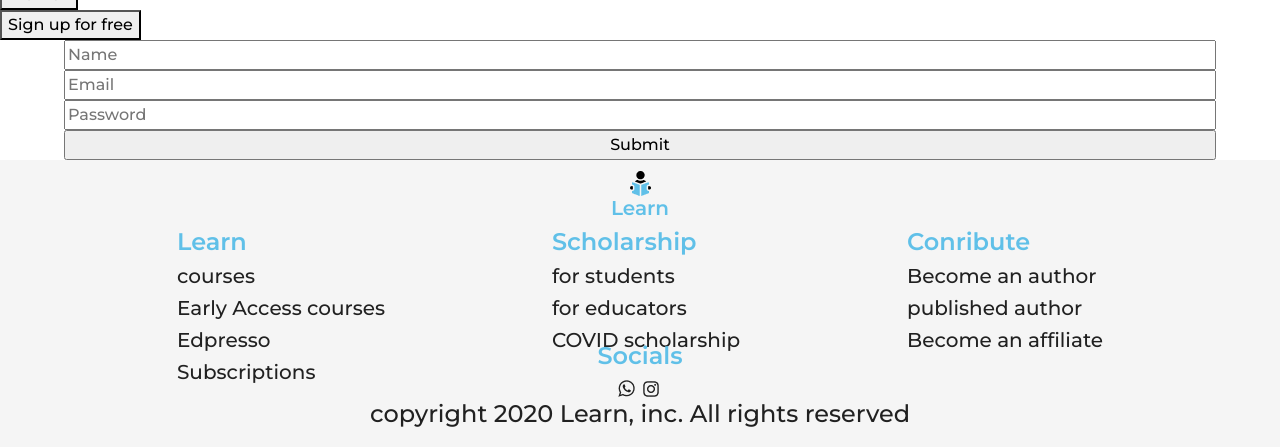
Repository: TiaraOluwanimi/team5
Page: tutor.html
An editor plug-in stored every save of this project. The page is shown before and after a run of saves, followed by the edit.
The browser window is 1280 px wide. The pictures show the part of the page from y = 2326 to 2853 px (the page is 2773 px tall before and 2853 px after).
A picture or video elsewhere on the page could not be fetched, so the positions and the page height are approximate. Some web libraries are served in a nearby version.

Above is the page before, as saved 2020-08-08 11:02:07.

### tutor.html
<!DOCTYPE html>
<html lang="en">
  <head>
    <meta charset="UTF-8" />
    <meta name="viewport" content="width=device-width, initial-scale=1.0" />
    <title>Online Tutoring</title>
    <!-- Custom Css -->
    <link rel="stylesheet" href="./assets/css/header-footer.css" />
    <link rel="stylesheet" href="./assets/css/tutor.css" />
    <link rel="stylesheet" href="./assets/css/testimonial.css" />
    <!-- Favicon -->
    <link rel="shortcut icon" href="" type="image/x-icon" />
    <!---------------------- CDNs----------------- -->
    <!-- Bootstrap CSS CDN -->
    <link
      rel="stylesheet"
      href="https://maxcdn.bootstrapcdn.com/bootstrap/4.0.0/css/bootstrap.min.css"
      integrity="sha384-Gn5384xqQ1aoWXA+058RXPxPg6fy4IWvTNh0E263XmFcJlSAwiGgFAW/dAiS6JXm"
      crossorigin="anonymous"
    />
    <!-- fontawesome CDN -->
    <!-- Google Font -->
    <link href="https://fonts.googleapis.com/css2?family=Montserrat:wght@500;600&display=swap" rel="stylesheet">
    <!-- Font Awesome -->
    <script src="https://kit.fontawesome.com/0f19ba4771.js" crossorigin="anonymous"></script>

</head>

<body>
    <!-- Welcome to this online tutoring website. 😊 -->
    <!--  Header  -->
    <nav class="nav1">
      <a href="#"><img src="./assets/img/logo.png" alt="" /></a>
      <div class="nav1div1">
        <img
          class="searchicon"
          onclick="displaySearchBar()"
          src="./assets/img/search.png"
          alt=""
        />
        <button class="nav1butt1">Log in</button>
        <button class="nav1butt2">Join for free</button>
      </div>
      <div class="nav1div2 display">
        <input
          class="searchbar"
          type="text"
          placeholder="Enter Text here"
          name=""
          id=""
        />
      </div>
    </nav>

    <!-- Landing Page -->
    <div class="div1">
        <img class="div1img1" src="./assets/img/hero-img.png" alt="">
        <div class="div1div1">
            <i class="fas fa-play-circle fa-2x div1img2"></i>
            &nbsp;&nbsp;&nbsp;
            <h3 class="div1hh1">TAKE A TOUR</h3>
        </div>
    </div>

    <div class="div2">
        <h1 class="div2hh1">
            LEARN ALL YOU WANT, AT YOUR OWN
            <span class="div2hh2">PACE.</span>
        </h1>
        <h4 class="div2hh3">
            Lorem ipsum dolor sit amet, consectetur
            adipiscing elit, sed do eiusmod tempor
            incididunt ut labore et dolore magna
            aliqua. Ut enim ad minim veniam, quis
            nostrud exercitation ullamco laboris nisi
            ut aliquip ex ea commodo consequat.
        </h4>
        <div class="div2div1">
            <button class="div2butt1">Get Started</button>
        </div>
    </div>
    <!-- join us section -->
    <section id="join-us" class="py-5" style="position: relative;">
        <div style="position: absolute; right: 0px; top:-10px;">
          <img src="./assets/img/Ellipse 13.png" alt="" class="img-fluid" />
        </div>
        <div class="container">
          <div class="row">
            <div class="col-12 mx-auto text-center">
              <h4 class="mx-auto sec-head">
                <span><strong>Join Us</strong></span>
              </h4>
              <p>
                Join us for free classes taught by experts. And explore hundreds
                of free online classes.
              </p>
            </div>
            <div class="row py-3">
                <div class="col-md-4 text-center my-3">
                  <div class="box-shadow py-3">
                    <img
                      src="./assets/img/course.png"
                      alt=""
                      class="join-img img-fluid rounded-circle w-50"
                    />
                    <h4 class="my-5"><strong>Choose a Course</strong></h4>
                  </div>
                </div>
                <div class="col-md-4 text-center my-3">
                  <div class="box-shadow py-3">
                    <img
                      src="./assets/img/skillset.png"
                      alt=""
                      class="join-img img-fluid rounded-circle w-50"
                    />
                    <h4 class="my-5"><strong>Grow your skillset</strong></h4>
                  </div>
                </div>
                <div class="col-md-4 text-center my-3">
                  <div class="box-shadow py-3">
                    <img
                      src="./assets/img/mentorship.png"
                      alt=""
                      class="join-img img-fluid rounded-circle w-50"
                    />
                    <h4 class="my-5"><strong>Meet a mentor</strong></h4>
                  </div>
                </div>
                <button
                  class="btn btn-lg btn-outline-primary py-3 px-5 rounded-0 mx-auto"
                >
                  View All
                </button>
              </div>
            </div>
          </section>

    <!-- service section -->
    <section id="services" class="py-5" style="position: relative;">
      <div style="position: absolute; left: 0px; top: -30px;">
        <img src="./assets/img/Ellipse 10.png" alt="" />
      </div>
      <div
        style="position: absolute; right: 0px; top: 30%; transform: scale(-1);"
      >
        <img src="./assets/img/Ellipse 10.png" alt="" />
      </div>
      <div class="container">
        <div class="row">
          <div class="col-12 mx-auto text-center">
            <h4 class="mx-auto sec-head">
              <span><strong>Services</strong></span>
            </h4>
            <p>
              Helping over 5,000 students reach their ultimate goals with our
              special packages.
            </p>
          </div>
        </div>
        <div class="row p-3">
          <div class="col-md-4 text-center py-3">
            <h4><strong>Get help, FAST</strong></h4>
            <img
              src="./assets/img/hourglass 1.png"
              alt=""
              class="img-fluid w-25 my-3"
            />
            <p class="my-3" style="font-size: 14px;">
              Lorem ipsum dolor sit amet, consectetur adipiscing elit, sed do
              eiusmod tempor incididunt ut labore et dolore magna aliqua. Ut
              enim ad minim veniam, quis nostrud exercitation ullamco laboris
              nisi ut aliquip ex ea commodo consequat. um.
            </p>
            <h6 class="border py-3 px-1 mx-3 border-primary">
              Learn More <i></i>
            </h6>
          </div>
          <div class="col-md-4 text-center py-3">
            <h4><strong>Personalised tutoring</strong></h4>
            <img
              src="./assets/img/teacher 1.png"
              alt=""
              class="img-fluid w-25 my-3"
            />
            <p class="my-3" style="font-size: 14px;">
              Lorem ipsum dolor sit amet, consectetur adipiscing elit, sed do
              eiusmod tempor incididunt ut labore et dolore magna aliqua. Ut
              enim ad minim veniam, quis nostrud exercitation ullamco laboris
              nisi ut aliquip ex ea commodo consequat. um.
            </p>
            <h6 class="border py-3 px-1 mx-3 border-primary">
              Learn More <i></i>
            </h6>
          </div>
          <div class="col-md-4 text-center py-3">
            <h4><strong>80+ Courses</strong></h4>
            <img
              src="./assets/img/test 1.png"
              alt=""
              class="img-fluid w-25 my-3"
            />
            <p class="my-3" style="font-size: 14px;">
              Lorem ipsum dolor sit amet, consectetur adipiscing elit, sed do
              eiusmod tempor incididunt ut labore et dolore magna aliqua. Ut
              enim ad minim veniam, quis nostrud exercitation ullamco laboris
              nisi ut aliquip ex ea commodo consequat. um.
            </p>
            <h6 class="border py-3 px-1 mx-3 mx-lg-1 border-primary">
              Learn More <i></i>
            </h6>
          </div>
        </div>
      </div>
    </section>
    <!-- Testimonial section -->
    <section>
      <div>
        <div class="testimonial-heading">
          <div>
            <hr>
            <span>Testimonials</span>
            <hr>
          </div>
          <p>what our awesome client are saying</p>
        </div>
        <div>
          <div class="testimonial-card">
            <img src="./assets/img/Ellipse 7.png" alt="">
            <div class="testimonial-statement">
              <p>Lorem ipsum dolor sit amet, consectetur adipiscing elit, sed do odo consequat. um.</p>
            </div>
            <p>-Rafiu</p>
          </div>
          <button>View all</button>
        </div>
        <div>
          <button>Sign up for free</button>
        </div>
        <div class="testimonial-container">
          <form >
            <input type="text" placeholder="Name">
            <input type="email" placeholder="Email">
            <input type="password" placeholder="Password">
            <input type="submit">
          </form>
        </div>
      </div>
    </section>
    <!--  Footer  -->
    <footer class="footer1">
      <div class="footer1div1">
        <img class="footer1img1" src="./assets/img/logo.png" alt="" />
        <h5 class="footer1hh1">Learn</h5>
      </div>

      <div class="footer1div2">
        <div class="footer1div3">
          <h4 class="footer1hh2">Learn</h4>
          <a href="" class="footer1link1"
            ><h5 class="footer1hh3">courses</h5></a
          >
          <a href="" class="footer1link1"
            ><h5 class="footer1hh3">Early Access courses</h5></a
          >
          <a href="" class="footer1link1"
            ><h5 class="footer1hh3">Edpresso</h5></a
          >
          <a href="" class="footer1link1"
            ><h5 class="footer1hh3">Subscriptions</h5></a
          >
        </div>
        <div class="footer1div4">
          <h4 class="footer1hh2">Scholarship</h4>
          <a href="" class="footer1link1"
            ><h5 class="footer1hh3">for students</h5></a
          >
          <a href="" class="footer1link1"
            ><h5 class="footer1hh3">for educators</h5></a
          >
          <a href="" class="footer1link1"
            ><h5 class="footer1hh3">COVID scholarship</h5></a
          >
        </div>
        <div class="footer1div5">
          <h4 class="footer1hh2">Conribute</h4>
          <a href="" class="footer1link1"
            ><h5 class="footer1hh3">Become an author</h5></a
          >
          <a href="" class="footer1link1"
            ><h5 class="footer1hh3">published author</h5></a
          >
          <a href="" class="footer1link1"
            ><h5 class="footer1hh3">Become an affiliate</h5></a
          >
        </div>
      </div>

      <div class="footer1div6">
        <h4 class="footer1hh2 redd">Socials</h4>
        <a href="#"><img src="./assets/img/whatsapp.png" alt="" /></a>
        <a href="#"><img src="./assets/img/instagram.png" alt="" /></a>
      </div>

      <h4 class="footer1hh4">
        copyright 2020 Learn, inc. All rights reserved
      </h4>
    </footer>

    <!---------------------- CDNs----------------- -->
    <!-- jQuery CDN -->
    <script
      src="https://code.jquery.com/jquery-3.2.1.slim.min.js"
      integrity="sha384-KJ3o2DKtIkvYIK3UENzmM7KCkRr/rE9/Qpg6aAZGJwFDMVNA/GpGFF93hXpG5KkN"
      crossorigin="anonymous"
    ></script>
    <!-- ajax CDN -->
    <script
      src="https://cdnjs.cloudflare.com/ajax/libs/popper.js/1.12.9/umd/popper.min.js"
      integrity="sha384-ApNbgh9B+Y1QKtv3Rn7W3mgPxhU9K/ScQsAP7hUibX39j7fakFPskvXusvfa0b4Q"
      crossorigin="anonymous"
    ></script>
    <!-- BootstrapJS CDN -->
    <script
      src="https://maxcdn.bootstrapcdn.com/bootstrap/4.0.0/js/bootstrap.min.js"
      integrity="sha384-JZR6Spejh4U02d8jOt6vLEHfe/JQGiRRSQQxSfFWpi1MquVdAyjUar5+76PVCmYl"
      crossorigin="anonymous"
    ></script>
    <!-- Custom Javascript Links -->
    <script src="./assets/js/tutor.js"></script>
  </body>
</html>

### assets/css/header-footer.css

/*  Header Navbar */
body{
  margin: 0;
}
.nav1{
   margin: 10px;
}
.nav1div1{
    display: inline;
    float: right;
}
.nav1butt1{
    color: #212121;
    border-color: #212121;
    border-width: 1px;
    background-color: #FFFFFF;
    padding: 7px 7px;
    font-family: 'Montserrat', sans-serif;
    font-weight: 500;
    outline: none;
    margin-left: 35px;
}
.nav1butt2{
    color: #FFFFFF;
    border-color: #60C0E8;
    border: none;
    background-color: #60C0E8;
    padding: 8px 7px;
    font-family: 'Montserrat', sans-serif;
    font-weight: 500;
    outline: none;
    margin-left: 8px;
}
.nav1butt1:hover{
    background-color: #f0f0f0;
      cursor: pointer;
}
.nav1butt2:hover{
    background-color: #60adce;
    cursor: pointer;
}
.searchicon:hover{
    cursor: pointer;
}
.nav1div2{
    text-align: center;
    width: 100%;
    margin-top: 10px;
}
.searchbar{
    width: 60%;
    font-family: 'Montserrat', sans-serif;
    outline: none;
    border-radius: 10px;
    padding: 10px;
    border-width: 1px;
}
.footer1link1{
    text-decoration: none;
}
.display{
    display: none;
}



/*  Footer  */
.footer1{
    padding: 10px;
    background-color: #F5F5F5;
}
.footer1div1{
    text-align: center;
}
.footer1hh1{
    margin-top: 0px;
    font-family: 'Montserrat', sans-serif;
    color: #60C0E8;
    font-weight: 600;
}
.footer1div2{
    display: flex;
    flex-direction:row;
    justify-content: space-evenly;
}
.footer1hh2{
    font-family: 'Montserrat', sans-serif;
    color: #60C0E8;
    font-weight: 600;
}
.footer1hh3{
    font-family: 'Montserrat', sans-serif;
    color: #212121;
    font-weight: normal;
}
.footer1div6{
    text-align: center;
    margin-top: -50px;
}
.redd{
    margin-bottom: 5px;
}
.footer1hh4{
    text-align: center;
    font-family: 'Montserrat', sans-serif;
    color: #212121;
    font-style: normal;
    font-weight: 500;
}

/* Footer Media Queries */
@media only screen and (max-width: 399px) {
    .footer1div2{
        flex-direction: column;
        align-items: center;
    }
    .footer1div6{
        text-align: center;
        margin-top: -10px;
    }
}

### assets/css/tutor.css
* {
  font-family: "Montserrat", sans-serif;
}
.div1 {
  margin: 10px;
  text-align: center;
}
.div1div1 {
  width: 100%;
  display: flex;
  justify-content: center;
  background-color: #60c0e8;
  margin-top: -5px;
}
.div1img1 {
  width: 100%;
  height: 350px;
}
.div1img2 {
  padding-top: 15px;
  color: #ffffff;
}
.div1div1:hover {
  background-color: #60adce;
  cursor: pointer;
}
.div1hh1 {
  font-family: "Montserrat", sans-serif;
  font-weight: 600;
  color: #ffffff;
}

.div2 {
  margin: 10px;
}
.div2hh1 {
  font-family: "Montserrat", sans-serif;
  text-align: center;
  color: #3a3a3a;
  font-weight: bold;
}
.div2hh2 {
  color: #60c0e8;
}
.div2hh3 {
  font-family: "Montserrat", sans-serif;
  text-align: center;
  color: #000000;
  font-weight: 500;
}
.div2div1 {
  text-align: center;
}
.div2butt1 {
  background-color: #60c0e8;
  font-weight: 500;
  color: #ffffff;
  border: none;
  outline: none;
  padding: 15px 30px;
  font-size: large;
}
.div2butt1:hover {
  background-color: #60adce;
  cursor: pointer;
}

/* this handles the line in each section heading  */
.sec-head {
  width: 30%;
  text-align: center;
  border-bottom: 2px solid #000;
  line-height: 0.1em;
  margin: 10px 0 20px;
}
.sec-head span {
  background: #fff;
  padding: 0 10px;
}
/* join us images border */
.join-img {
  border: 5px solid #60c0e8 !important;
}
/* box shadow */
.box-shadow {
  box-shadow: 0px 5px 30px 0.5px #e6e6e6;
}
.box-shadow:hover {
  box-shadow: 0px 5px 30px 5px #c7c7c7;
}

@media screen and (max-width: 320px) {
  .sec-head {
    width: 70%;
  }
}

### assets/css/testimonial.css
.testimonial-heading{
    text-align:center;
}
.testimonial-card{
    text-align: center;
    width:250px;
    padding:15px;
    position: relative;
    background-color: #60C0E8;

}
.testimonial-card img{
    margin-top:-10px;
    width:120px;

}
.testimonial-statement{
    color:#fff;
    margin:10px 0;
}

.testimonial-container{
    width:90%;
    margin:0 auto;
    overflow: hidden;
}

form{
    box-sizing: border-box;
}
form input{
    width:100%;
    margin:
}

### assets/js/tutor.js

function displaySearchBar(){
    document.querySelector(".nav1div2").classList.toggle("display");
}

After the next 2 saves:
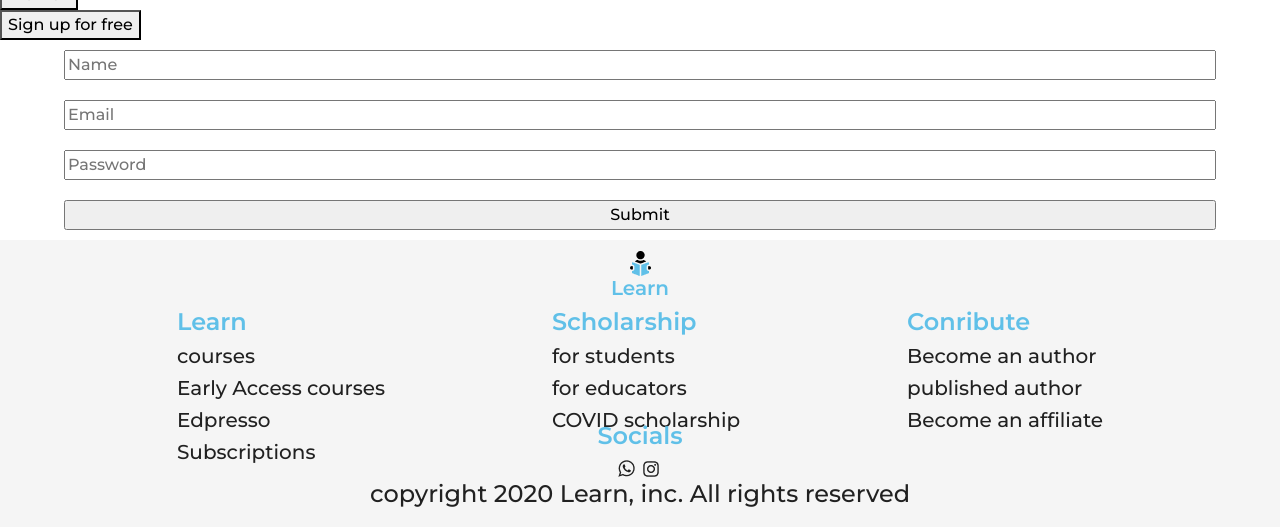
The 2 saves are shown as one change because they came seconds apart.
The last was saved 8 s later.
--- a/assets/css/testimonial.css
+++ b/assets/css/testimonial.css
@@ -30,5 +30,5 @@ form{
 }
 form input{
     width:100%;
-    margin:
+    margin:10px 0;
 }
